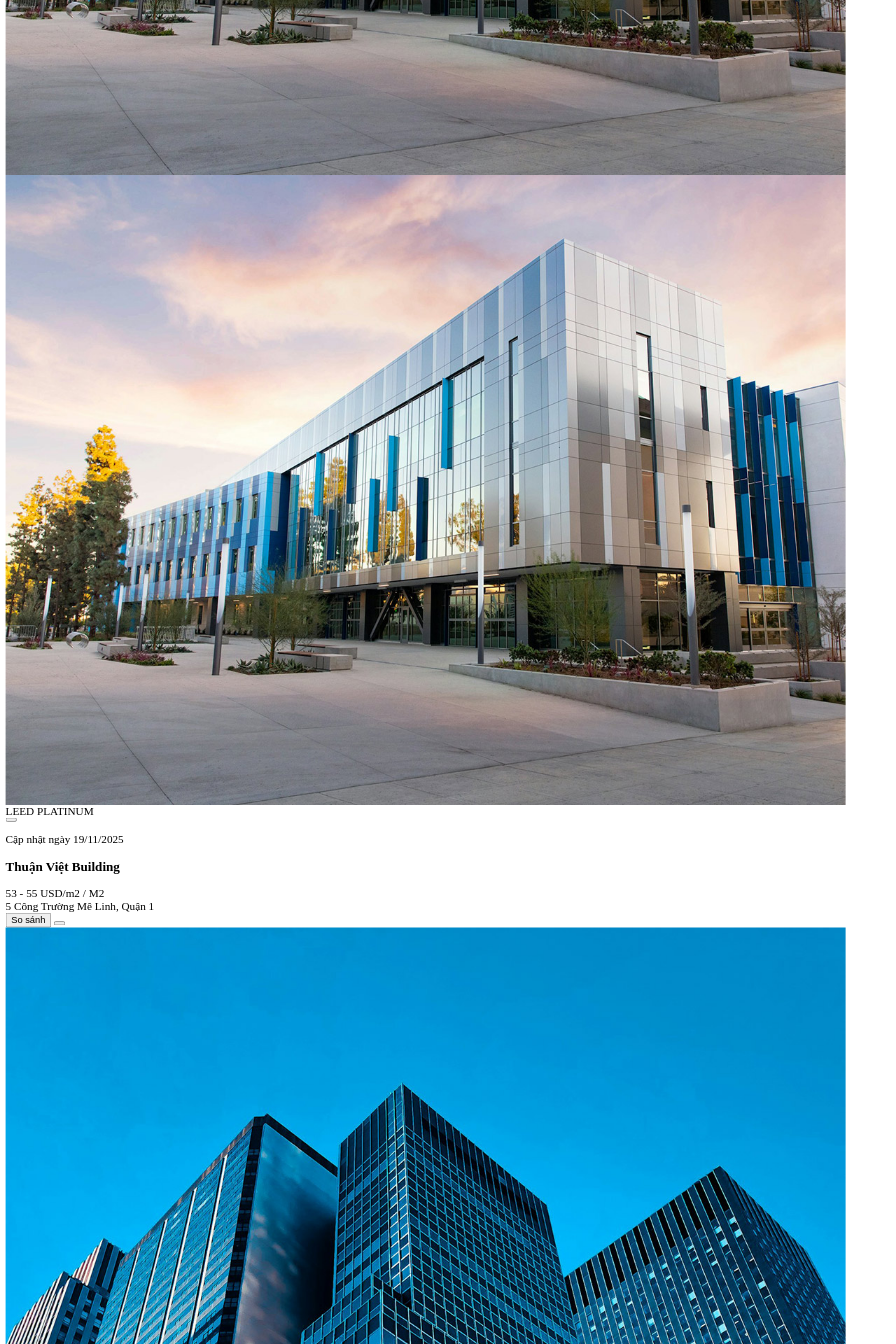
Repository: lannguyen1301/anphuholdings-main
Page: partials/office-rental/office-rental-ward-thu-duc.html
The author's editor kept a copy of each file at every save. The page is drawn from the files as they stood at one save, then again after the next save.
The browser window is 1280 px wide. The pictures show the part of the page from y = 1800 to 3720 px (the page is 9579 px tall), at 70% of full size.

Above is the page before, as saved 2025-12-31 15:59:14.

After the next save:
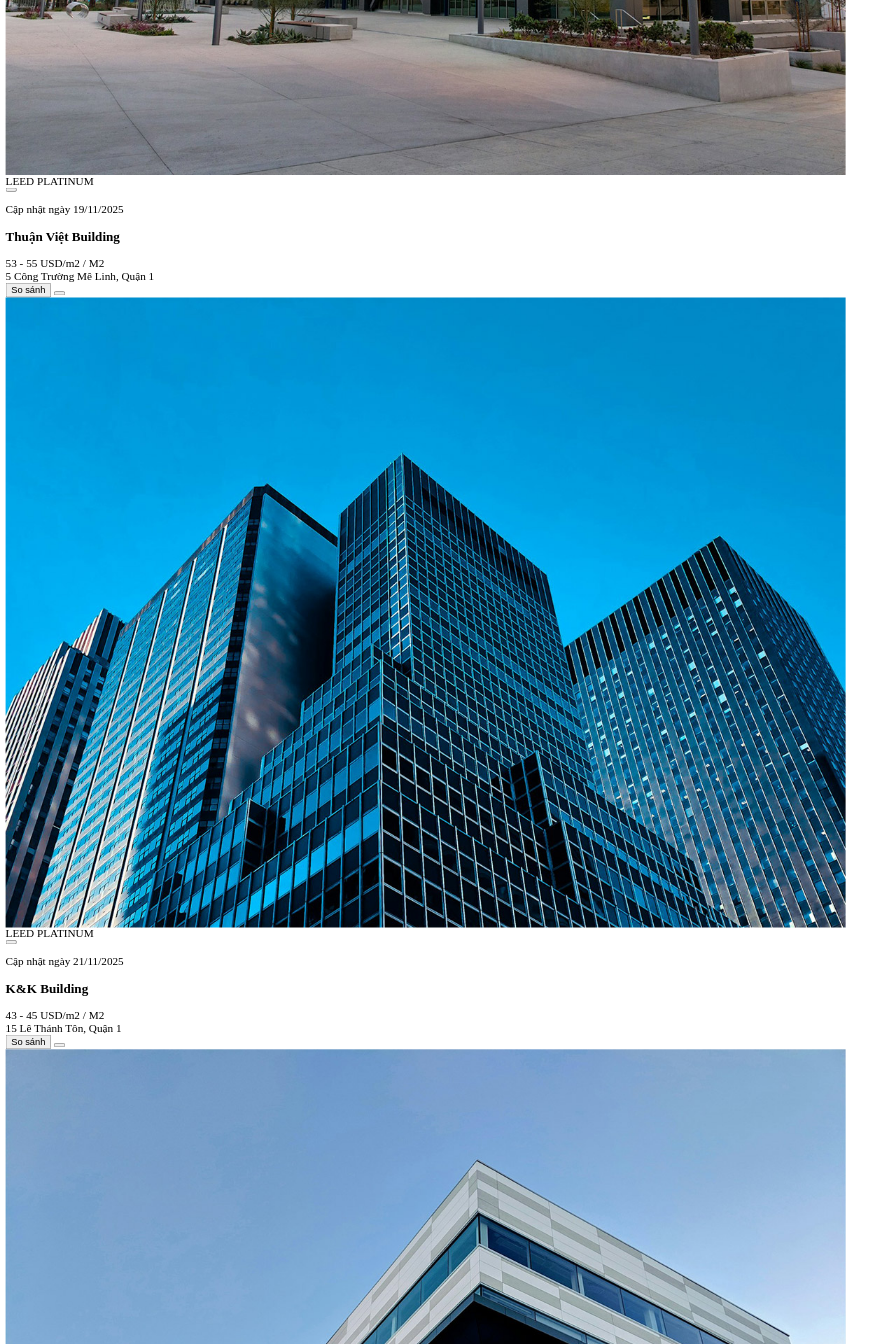
Saved 39 s later.
--- a/partials/office-rental/office-rental-ward-thu-duc.html
+++ b/partials/office-rental/office-rental-ward-thu-duc.html
@@ -86,10 +86,6 @@
                                 class="block w-full h-full object-cover aspect-4/3">
                         </div>
                     </a>
-                    <div class="flex h-48 items-center justify-center bg-slate-200">
-                        <img src="assets/images/detail/detail-34.jpg" alt=""
-                            class="block w-full h-full object-cover aspect-4/3">
-                    </div>
                     <div class="absolute left-3 top-3 rounded bg-gold px-2 py-1 text-xs font-semibold text-white">
                         LEED PLATINUM
                     </div>
@@ -133,10 +129,12 @@
             <div class="swiper-slide flex-shrink-0 overflow-hidden rounded-2xl shadow-md transition hover:shadow-xl border-4"
                 style="width: 292px;" data-aos="fade-right">
                 <div class="relative overflow-hidden">
-                    <div class="flex h-48 items-center justify-center bg-slate-200">
-                        <img src="assets/images/detail/detail-35.jpg" alt=""
-                            class="block w-full h-full object-cover aspect-4/3">
-                    </div>
+                    <a href="van-phong-tron-goi-detail.html">
+                        <div class="flex h-48 items-center justify-center bg-slate-200">
+                            <img src="assets/images/detail/detail-35.jpg" alt=""
+                                class="block w-full h-full object-cover aspect-4/3">
+                        </div>
+                    </a>
                     <div class="absolute left-3 top-3 rounded bg-gold px-2 py-1 text-xs font-semibold text-white">
                         LEED PLATINUM
                     </div>
@@ -180,6 +178,12 @@
             <div class="swiper-slide flex-shrink-0 overflow-hidden rounded-2xl shadow-md transition hover:shadow-xl border-4"
                 style="width: 292px;" data-aos="fade-right">
                 <div class="relative overflow-hidden">
+                    <a href="van-phong-tron-goi-detail.html">
+                        <div class="flex h-48 items-center justify-center bg-slate-200">
+                            <img src="assets/images/detail/detail-36.jpg" alt=""
+                                class="block w-full h-full object-cover aspect-4/3">
+                        </div>
+                    </a>
                     <div class="flex h-48 items-center justify-center bg-slate-200">
                         <img src="assets/images/detail/detail-36.jpg" alt=""
                             class="block w-full h-full object-cover aspect-4/3">
